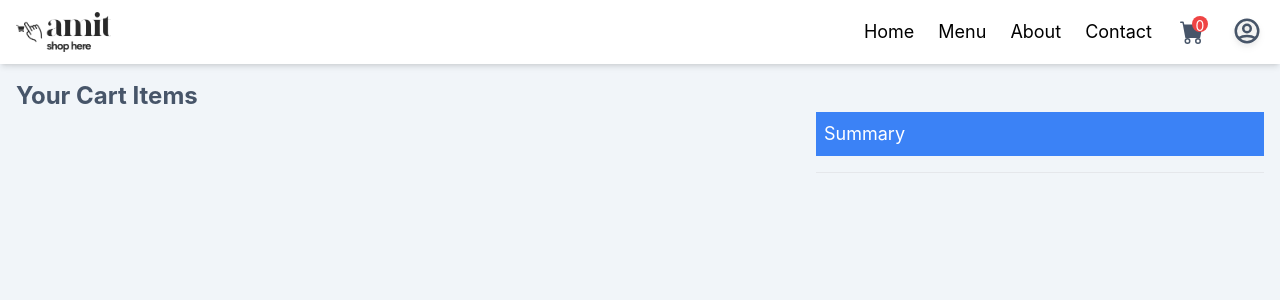
Repository: Lehuyhuynh/Web_ban_hoa_qua
Page: /cart (app in frontend/)
These files come from the project's save history. The page is drawn as it stood at one moment and after the next save; the edit follows.
The browser window is 1280 px wide. The pictures show the whole page.
The page's requests for data from a server got no answer. The project was rebuilt for these pictures with package versions that can differ from the ones it lists, and the page was loaded fresh each time. No one was signed in, and anything a server would have sent is missing. Also part of the build but not shown: frontend/src/component/CardFeature.js, frontend/src/component/HomeCard.js, frontend/src/component/FilterProduct.js, frontend/src/component/AllProduct.js, frontend/src/page/Home.js, frontend/src/page/Menu.js, frontend/src/page/About.js, frontend/src/page/Contact.js and 5 more.

Above is the page before, as saved 2024-01-07 16:31:58.

After the next save:
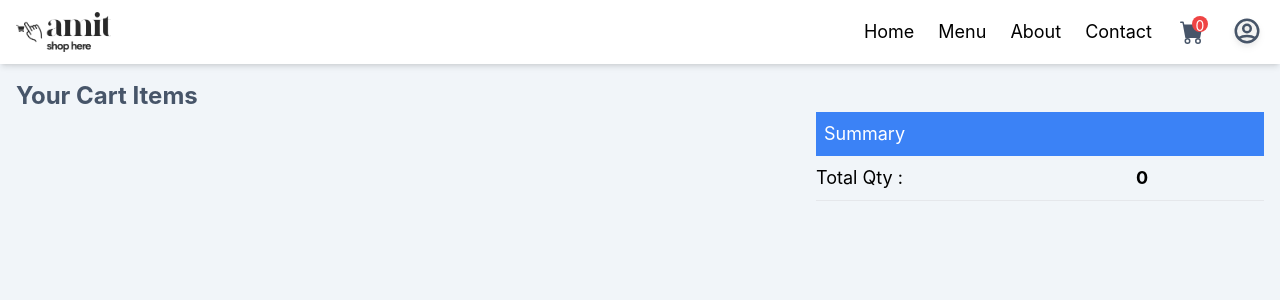
Saved 12 s later.
--- a/frontend/src/page/Cart.js
+++ b/frontend/src/page/Cart.js
@@ -77,7 +77,10 @@ const Cart = () => {
           {/* total cart item */}
           <div className="w-full max-w-md  ml-auto">
             <h2 className="bg-blue-500 text-white p-2 text-lg">Summary</h2>
-            <div className="flex w-full py-2 text-lg border-b"></div>
+            <div className="flex w-full py-2 text-lg border-b">
+              <p>Total Qty :</p>
+              <p className="ml-auto w-32 font-bold">{totalQty}</p>
+            </div>
           </div>
         </div>
       </div>
